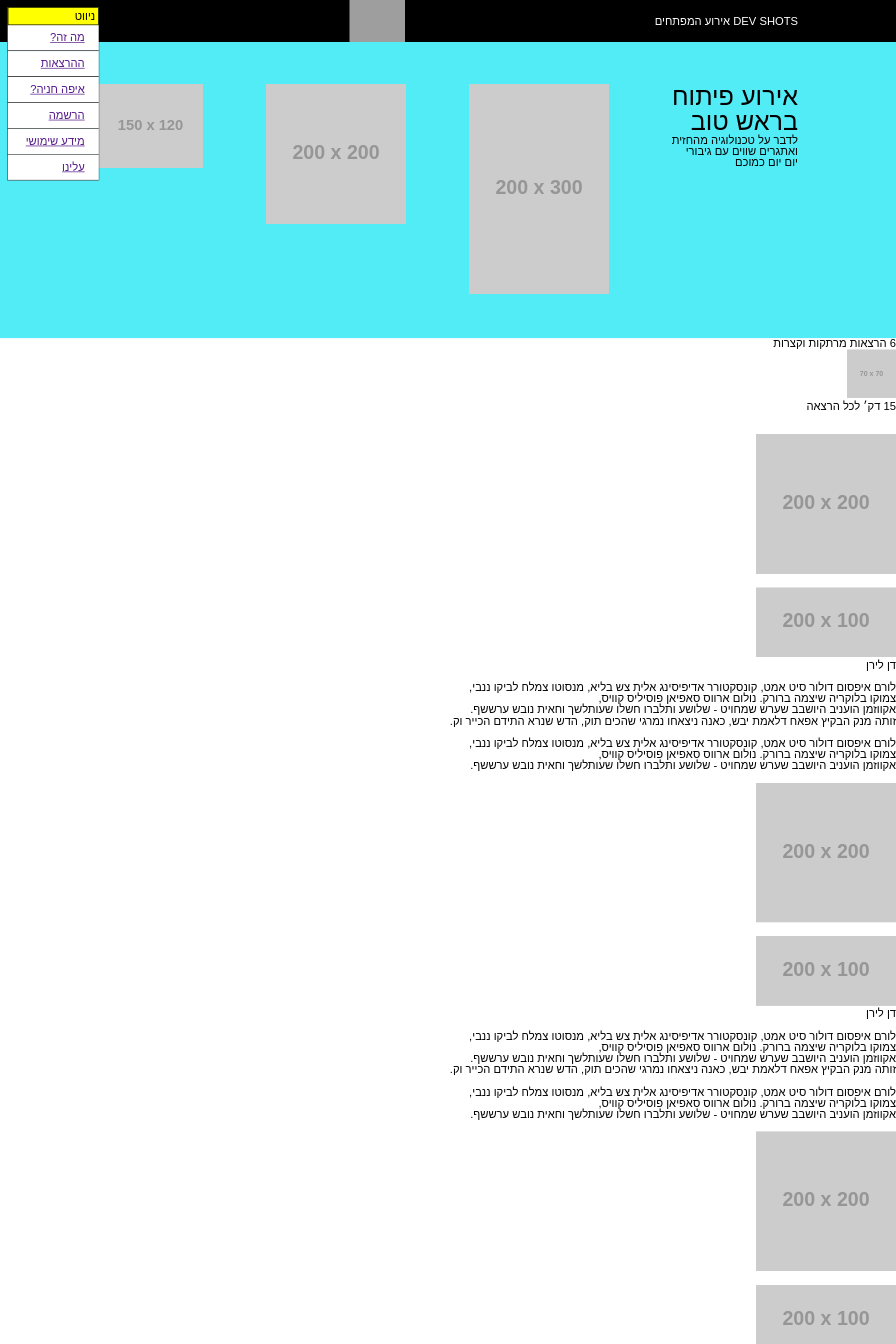
Repository: Julian-Escobar/DevShots
Page: index.html
These files come from the project's save history. The page is drawn as it stood at one moment and after the next save; the edit follows.
The browser window is 1280 px wide. The pictures show the part of the page from y = 0 to 1920 px (the page is 5946 px tall), at 70% of full size.
Pictures or frames that could not be fetched are drawn as grey boxes.

Above is the page before, as saved 2018-08-28 20:38:56.

After the next save:
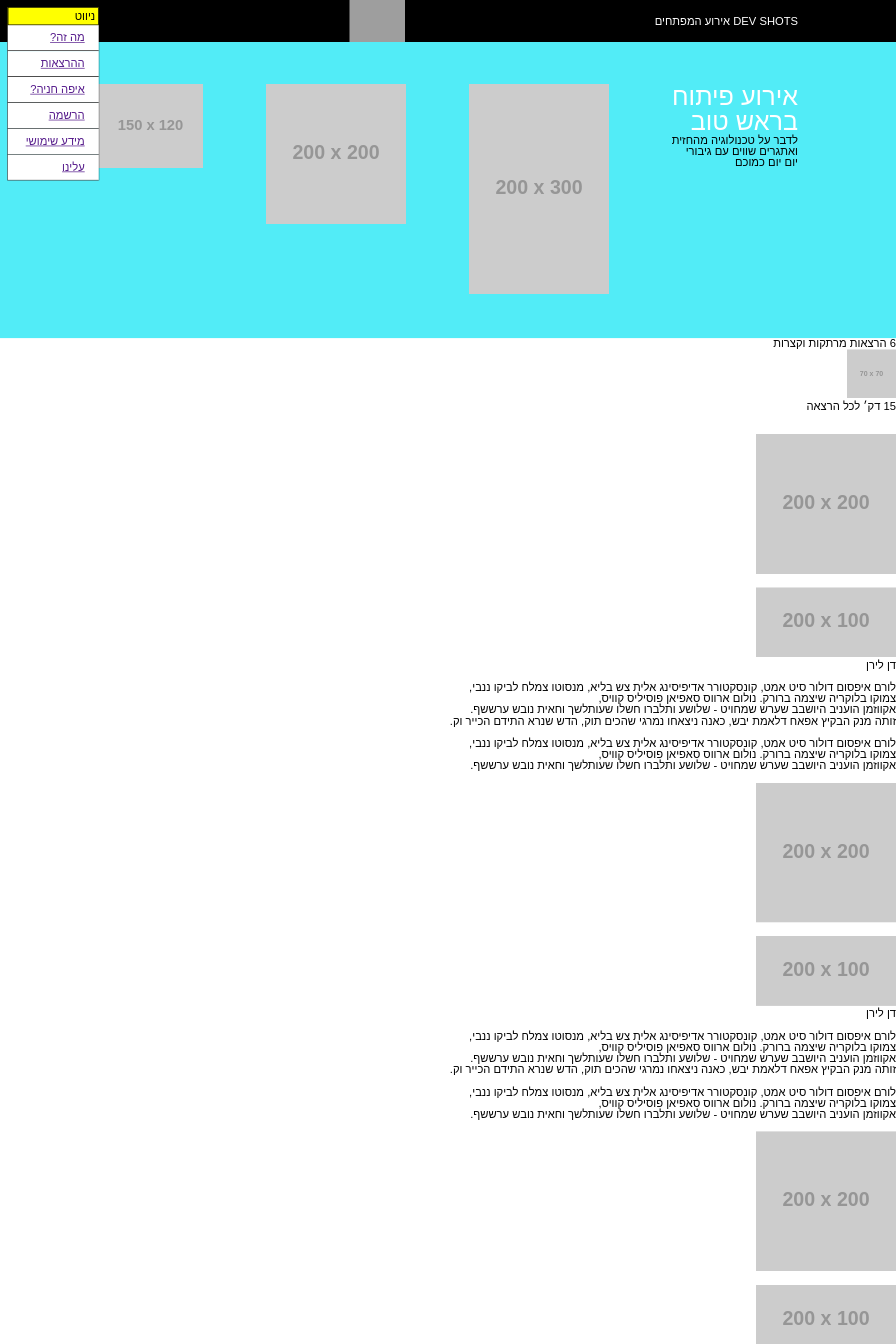
Saved 9 s later.
--- a/style.css
+++ b/style.css
@@ -158,5 +158,5 @@ header {
 
 h1{
     font-size: 36px;
-     white;
+     color: white;
 }
